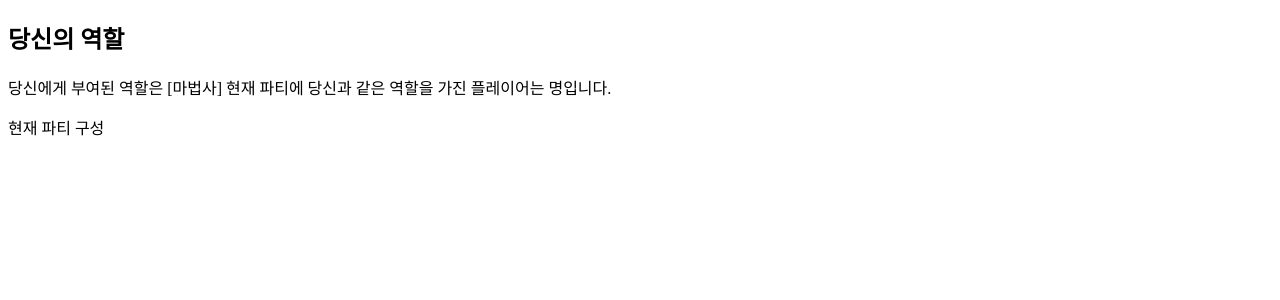
Repository: Andante8989/jsp_practice
Page: http://localhost/JSPBasic/jsptag/tag_quiz04.jsp
An editor plug-in stored every save of this project. The page is shown before and after the next save, followed by the edit.
The browser window is 1280 px wide. The pictures show the whole page.
The page is served by Tomcat 9.

Above is the page before, as saved 2022-03-24 09:47:52.

After the next save:
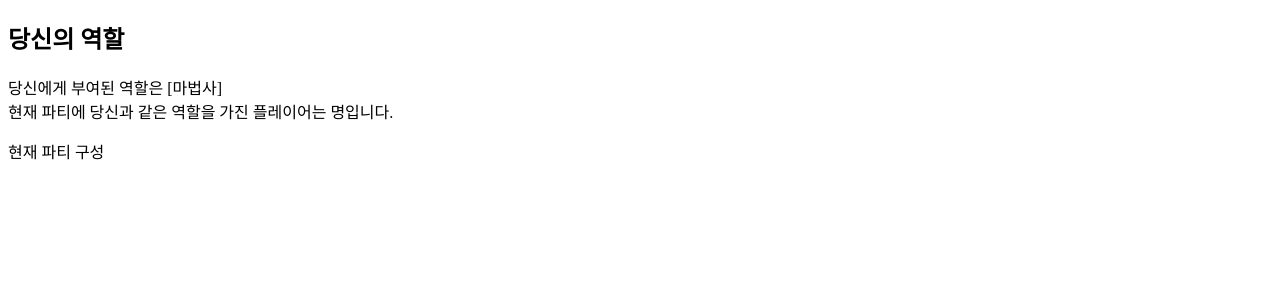
Saved 12 s later.
--- a/JSPBasic/src/main/webapp/jsptag/tag_quiz04.jsp
+++ b/JSPBasic/src/main/webapp/jsptag/tag_quiz04.jsp
@@ -17,7 +17,7 @@
 	String job = jobs[ran];
 %>
 <h2>당신의 역할</h2>
-<p>당신에게 부여된 역할은 [<%= job %>]
+<p>당신에게 부여된 역할은 [<%= job %>]<br/>
 현재 파티에 당신과 같은 역할을 가진 플레이어는  명입니다.
 </p>
 현재 파티 구성
